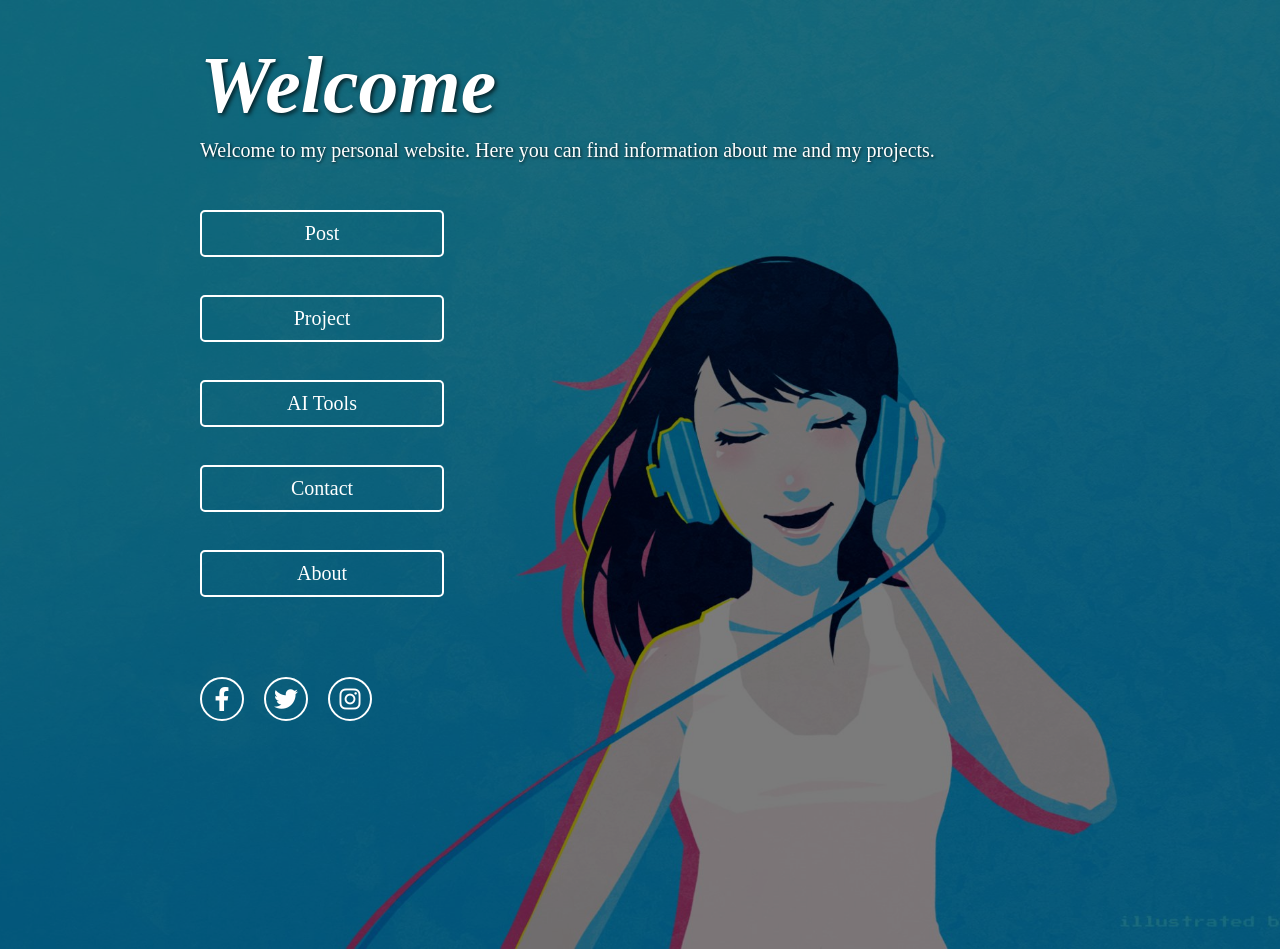
Repository: cydxf/cydxf.github.io
Page: index.html
These files come from the project's save history. The page is drawn as it stood at one moment and after the next save; the edit follows.
The browser window is 1280 px wide. The pictures show the whole page.

Above is the page before, as saved 2024-08-02 03:20:31.

### index.html
<!DOCTYPE html>
<html lang="en">
<head>
    <meta charset="UTF-8">
    <meta name="viewport" content="width=device-width, initial-scale=1.0">
    <title>My Personal Website</title>
    <link rel="stylesheet" href="css/styles.css">
    <link rel="stylesheet" href="https://cdnjs.cloudflare.com/ajax/libs/font-awesome/6.0.0-beta3/css/all.min.css">
</head>
<body>
    <main>
        <section id="home" class="hero">
            <div class="hero-content">
                <h1>Welcome</h1>
                <p>Welcome to my personal website. Here you can find information about me and my projects.</p>
                <div class="button-group">
                    <a href="https://example.com" class="button">Post</a>
                    <a href="https://example.com" class="button">Project</a>
                    <a href="https://example.com" class="button">AI Tools</a>
                    <a href="https://example.com" class="button">Contact</a>
                    <a href="https://example.com" class="button">About</a>
                </div>
                <div class="social-buttons">
                    <a href="https://www.facebook.com" class="social-button" aria-label="Facebook">
                        <i class="fab fa-facebook-f"></i>
                    </a>
                    <a href="https://www.twitter.com" class="social-button" aria-label="Twitter"><i class="fab fa-twitter"></i></a>
                    <a href="https://www.instagram.com" class="social-button" aria-label="Instagram"><i class="fab fa-instagram"></i></a>
                </div>
            </div>
        </section>
        <section id="about">
            <h2>About Me</h2>
            <p>This is the about section where you can find more information about me.</p>
        </section>
        <section id="projects">
            <h2>Projects</h2>
            <p>Here are some of my recent projects.</p>
            <ul>
                <li>Project 1</li>
                <li>Project 2</li>
                <li>Project 3</li>
            </ul>
        </section>
        <section id="contact">
            <h2>Contact</h2>
            <p>If you want to get in touch, please contact me via email.</p>
        </section>
    </main>
    <footer>
        <p>&copy; 2024 Huang Jiaxi</p>
    </footer>
    <script src="js/script.js"></script>
    </head>
</body>
</html>

### css/styles.css
body, html {
    margin: 0;
    padding: 0;
    height: 100%;
    width: 100%;
}

.hero {
    position: absolute;
    width: 100%;
    height: 131.8vh; /* Viewport height */
    left: 0;
    top: 0;
    background-image: url('../resource/image/shigiChannelArt_clean.jpg'); /* 首页大图  */
    background-size: cover;
    background-position: center;
    background-repeat: no-repeat;
    color: #fff;
    display: flex;
    justify-content: flex-start;
    align-items: flex-start;
    text-align: left;
}

.hero:before{
    content: '';
    position: absolute;
    top: 0;
    left: 0;
    width: 100%;
    height: 100%;
    background: rgba(0, 0, 0, 0.4);
    z-index: 1;
}

.hero-content {
    position: relative;
    z-index: 2;
    padding: 40px;
    margin-left: 160px;
}

.hero h1 {
    font-style: italic;
    font-size: 5rem; /* 适当调整标题字体大小 */
    margin: 0;
    padding: 0;
    text-shadow: 2px 2px 4px rgba(0, 0, 0, 0.7); /* 添加文本阴影使其更清晰 */
}

.hero p {
    font-style:initial;
    font-size: 1.25rem; /* 适当调整副标题字体大小 */
    margin-top: 0.5rem;
    text-shadow: 1px 1px 3px rgba(0, 0, 0, 0.7); /* 添加文本阴影使其更清晰 */
}

.button-group {
    display: flex;
    flex-direction: column; /* Stack buttons vertically */
    gap: 10px; /* Space between buttons */
}

.button {
    display: inline-block;
    padding: 10px 20px;
    margin-top: 28px; /* Adds spacing between text and button */
    font-size: 1.25rem;
    color: #fff; /* Text color */
    background-color: transparent; /* Transparent background */
    border: 2px solid #fff; /* White border */
    border-radius: 5px;
    text-decoration: none;
    text-align: center;
    transition: background-color 0.3s ease, color 0.3s ease; /* Smooth transition on hover */
    max-width: 200px; /* Limit maximum width */
    width: auto; /* Allow width to adjust based on content */
}

.button:hover {
    background-color: #fff; /* White background on hover */
    color: #000; /* Change text color on hover if needed */
    border-color: #fff; /* Keep border color white on hover */
}

.social-buttons {
    display: flex;
    gap: 20px; /* Space between social buttons */
    margin-top: 80px; /* Add spacing above social buttons */
}

.social-button {
    display: inline-flex;
    align-items: center;
    justify-content: center;
    width: 40px; /* Set width for icon buttons */
    height: 40px; /* Set height for icon buttons */
    font-size: 1.5rem; /* Adjust icon size */
    color: #fff; /* Icon color */
    background-color: transparent; /* Transparent background */
    border: 2px solid #fff; /* White border */
    border-radius: 50%; /* Circular button */
    text-decoration: none;
    transition: background-color 0.3s ease, color 0.3s ease; /* Smooth transition on hover */
}

.social-button:hover {
    background-color: #fff; /* White background on hover */
    color: #000; /* Change icon color on hover */
    border-color: #fff; /* Keep border color white on hover */
}

### js/script.js
document.addEventListener("DOMContentLoaded", function() {
    const links = document.querySelectorAll("nav ul li a");

    links.forEach(link => {
        link.addEventListener("click", function(event) {
            event.preventDefault();
            const targetId = this.getAttribute("href").substring(1);
            const targetSection = document.getElementById(targetId);
            window.scrollTo({
                top: targetSection.offsetTop,
                behavior: "smooth"
            });
        });
    });
});

After the next save:
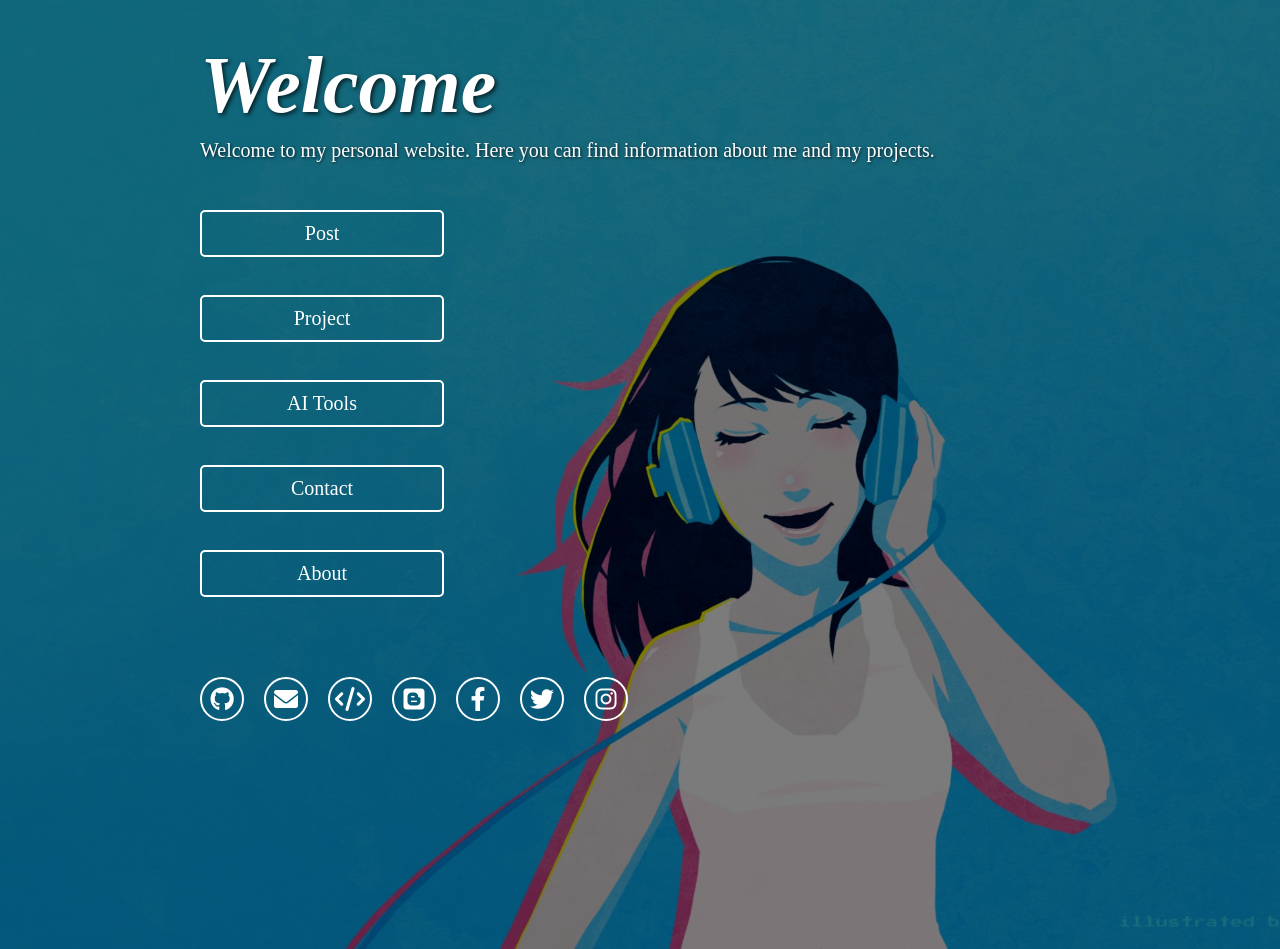
Saved 6 min 32 s later.
--- a/index.html
+++ b/index.html
@@ -21,9 +21,11 @@
                     <a href="https://example.com" class="button">About</a>
                 </div>
                 <div class="social-buttons">
-                    <a href="https://www.facebook.com" class="social-button" aria-label="Facebook">
-                        <i class="fab fa-facebook-f"></i>
-                    </a>
+                    <a href="https://github.com" class="social-button" aria-label="GitHub"><i class="fab fa-github"></i></a>
+                    <a href="mailto:your-email@example.com" class="social-button" aria-label="Email"><i class="fas fa-envelope"></i></a>
+                    <a href="https://www.luogu.com.cn" class="social-button" aria-label="Luogu"><i class="fas fa-code"></i></a>
+                    <a href="https://www.csdn.net" class="social-button" aria-label="CSDN"><i class="fab fa-blogger"></i></a>
+                    <a href="https://www.facebook.com" class="social-button" aria-label="Facebook"><i class="fab fa-facebook-f"></i></a>
                     <a href="https://www.twitter.com" class="social-button" aria-label="Twitter"><i class="fab fa-twitter"></i></a>
                     <a href="https://www.instagram.com" class="social-button" aria-label="Instagram"><i class="fab fa-instagram"></i></a>
                 </div>
